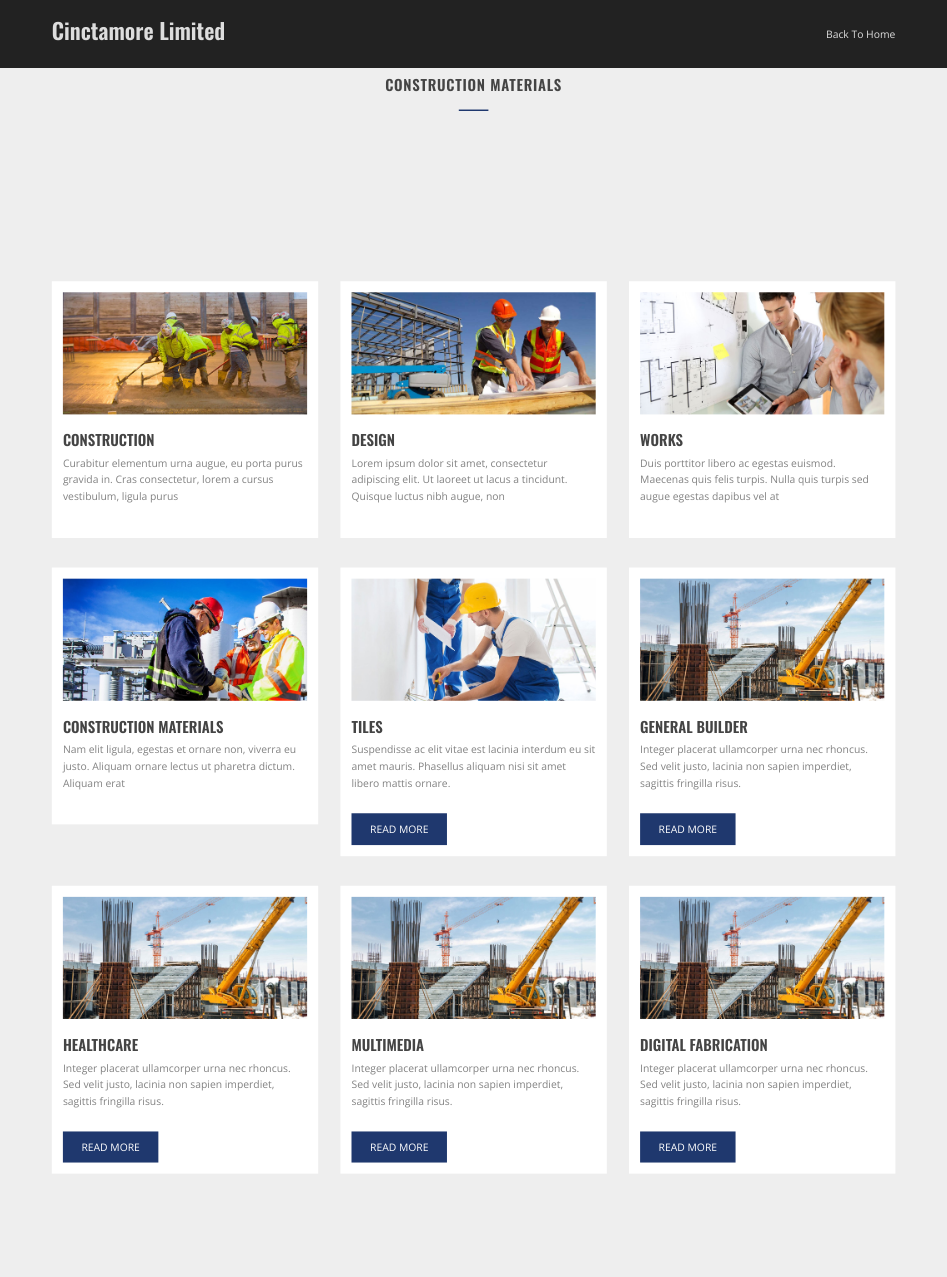
Repository: techieaccl/techieaccl.github.io
Page: construction-materials.html
An editor plug-in stored every save of this project. The page is shown before and after the next save, followed by the edit.
The browser window is 1280 px wide. The pictures show the whole page, at 74% of full size.
Some web fonts or font styles are not loaded; a fallback is used.

Above is the page before, as saved 2021-09-07 08:58:05.

### construction-materials.html
<!DOCTYPE html>
<html>
    <head>
		<title>Construction Materials</title>
		<meta charset="utf-8">
		<meta name="viewport" content="width=device-width, initial-scale=1.0, maximum-scale=1.0, user-scalable=no">
		<meta name="format-detection" content="telephone=no">
		<meta name="apple-mobile-web-app-capable" content="yes">
		<!-- Fonts-->
		<link rel="stylesheet" type="text/css" href="assets/fonts/fontawesome/font-awesome.min.css">
		<link rel="stylesheet" type="text/css" href="assets/fonts/pe-icon/pe-icon.css">
		<!-- Vendors-->
		<link rel="stylesheet" type="text/css" href="assets/vendors/bootstrap/grid.css">
		<link rel="stylesheet" type="text/css" href="assets/vendors/magnific-popup/magnific-popup.min.css">
		<link rel="stylesheet" type="text/css" href="assets/vendors/swiper/swiper.css">
		<!-- App & fonts-->
		<link rel="stylesheet" type="text/css" href="https://fonts.googleapis.com/css?family=Open+Sans:400,700|Oswald:400,600|Playfair+Display:400i">
		<link rel="stylesheet" type="text/css" href="assets/css/main.css"><!--[if lt IE 9]>
			<script src="https://oss.maxcdn.com/libs/html5shiv/3.7.0/html5shiv.js"></script>
		<![endif]-->
	</head>

    <body>
                <!-- preload -->
				<div class="preload" id="preload">
					<div class="cssload-spin-box"></div>
				</div><!-- End / preload -->


        <div class="page-wrap">
            <!-- header -->
			<header class="header header-fixheight header--fixed">
				<div class="container">
					<div class="header__inner">
						<div class="header-logo">
							<!-- <a href="home.html"><img src="assets/img/logo_white.png" alt=""/></a> -->
							<h1><strong>Cinctamore Limited</strong></h1>
						</div>
						<!-- raising-menu -->
                        <ul class="raising-menu-generic">
                            <li><a href="index.html">Back To Home</a>
                            </li>
                        </ul><!-- raising-menu -->

					</div>
				</div>
			</header><!-- End / header -->

            <!-- Content-->
			<div class="md-content">
                <!-- Section -->
				<section class="md-section">
					<div class="container">
						<div class="row">
							<div class="col-lg-8 col-xs-offset-0 col-sm-offset-0 col-md-offset-0 col-lg-offset-2 ">

								<!-- sec-title -->
								<div class="sec-title sec-title__lg-title md-text-center">
									<h2 class="sec-title__title">Construction Materials</h2><span class="sec-title__divider"></span>
								</div><!-- End / sec-title -->

							</div>
						</div>
					</div>
				</section>
				<!-- End / Section -->

				<!-- Section -->
				<section class="md-section" id="id3">
					<div class="container">
						<div class="row row-eq-height">
							<div class="col-sm-6 col-md-6 col-lg-4 ">

								<!-- services -->
								<div class="services">
									<div class="services__img"><img src="assets/img/service/1.jpg" alt=""/></div>
									<h2 class="services__title"><a href="construction.html">Construction</a></h2>
									<div class="services__desc">Curabitur elementum urna augue, eu porta purus gravida in. Cras consectetur, lorem a cursus vestibulum, ligula purus</div>


								</div><!-- End / services -->

							</div>
							<div class="col-sm-6 col-md-6 col-lg-4 ">

								<!-- services -->
								<div class="services">
									<div class="services__img"><img src="assets/img/service/2.jpg" alt=""/></div>
									<h2 class="services__title"><a href="design.html">Design</a></h2>
									<div class="services__desc">Lorem ipsum dolor sit amet, consectetur adipiscing elit. Ut laoreet ut lacus a tincidunt. Quisque luctus nibh augue, non</div>


								</div><!-- End / services -->

							</div>
							<div class="col-sm-6 col-md-6 col-lg-4 ">

								<!-- services -->
								<div class="services">
									<div class="services__img"><img src="assets/img/service/3.jpg" alt=""/></div>
									<h2 class="services__title"><a href="works.html">Works</a></h2>
									<div class="services__desc">Duis porttitor libero ac egestas euismod. Maecenas quis felis turpis. Nulla quis turpis sed augue egestas dapibus vel at</div>


								</div><!-- End / services -->

							</div>
							<div class="col-sm-6 col-md-6 col-lg-4 ">

								<!-- services -->
								<div class="services">
									<div class="services__img"><img src="assets/img/service/4.jpg" alt=""/></div>
									<h2 class="services__title"><a href="construction-materials.html">Construction Materials</a></h2>
									<div class="services__desc">Nam elit ligula, egestas et ornare non, viverra eu justo. Aliquam ornare lectus ut pharetra dictum. Aliquam erat</div>


								</div><!-- End / services -->

							</div>
							<div class="col-sm-6 col-md-6 col-lg-4 ">

								<!-- services -->
								<div class="services">
									<div class="services__img"><img src="assets/img/service/5.jpg" alt=""/></div>
									<h2 class="services__title"><a href="tiles.html">Tiles</a></h2>
									<div class="services__desc">Suspendisse ac elit vitae est lacinia interdum eu sit amet mauris. Phasellus aliquam nisi sit amet libero mattis ornare.</div>

									<!-- btn -->
									<a class="btn btn btn-primary btn-custom" href="tiles.html">read more
									</a><!-- End / btn -->

								</div><!-- End / services -->

							</div>
							<div class="col-sm-6 col-md-6 col-lg-4 ">

								<!-- services -->
								<div class="services">
									<div class="services__img"><img src="assets/img/service/6.jpg" alt=""/></div>
									<h2 class="services__title"><a href="general-builder.html">General Builder</a></h2>
									<div class="services__desc">Integer placerat ullamcorper urna nec rhoncus. Sed velit justo, lacinia non sapien imperdiet, sagittis fringilla risus.</div>

									<!-- btn -->
									<a class="btn btn btn-primary btn-custom" href="general-builder.html">read more
									</a><!-- End / btn -->

								</div><!-- End / services -->

							</div>
							<div class="col-sm-6 col-md-6 col-lg-4 ">

								<!-- services -->
								<div class="services">
									<div class="services__img"><img src="assets/img/service/6.jpg" alt=""/></div>
									<h2 class="services__title"><a href="healthcare.html">HealthCare</a></h2>
									<div class="services__desc">Integer placerat ullamcorper urna nec rhoncus. Sed velit justo, lacinia non sapien imperdiet, sagittis fringilla risus.</div>

									<!-- btn -->
									<a class="btn btn btn-primary btn-custom" href="healthcare.html">read more
									</a><!-- End / btn -->

								</div><!-- End / services -->

							</div>
							<div class="col-sm-6 col-md-6 col-lg-4 ">

								<!-- services -->
								<div class="services">
									<div class="services__img"><img src="assets/img/service/6.jpg" alt=""/></div>
									<h2 class="services__title"><a href="multimedia.html">MultiMedia</a></h2>
									<div class="services__desc">Integer placerat ullamcorper urna nec rhoncus. Sed velit justo, lacinia non sapien imperdiet, sagittis fringilla risus.</div>

									<!-- btn -->
									<a class="btn btn btn-primary btn-custom" href="multimedia.html">read more
									</a><!-- End / btn -->

								</div><!-- End / services -->

							</div>
							<div class="col-sm-6 col-md-6 col-lg-4 ">

								<!-- services -->
								<div class="services">
									<div class="services__img"><img src="assets/img/service/6.jpg" alt=""/></div>
									<h2 class="services__title"><a href="digital-fabrication.html">Digital Fabrication</a></h2>
									<div class="services__desc">Integer placerat ullamcorper urna nec rhoncus. Sed velit justo, lacinia non sapien imperdiet, sagittis fringilla risus.</div>

									<!-- btn -->
									<a class="btn btn btn-primary btn-custom" href="digital-fabrication.html">read more
									</a><!-- End / btn -->

								</div><!-- End / services -->

							</div>
						</div>
					</div>
				</section>
				<!-- End / Section -->
            </div>
			<!-- End / Content-->
        </div>
    </body>
</html>

Loaded but not shown: assets/fonts/fontawesome/font-awesome.min.css (library); assets/fonts/pe-icon/pe-icon.css (common file); assets/vendors/bootstrap/grid.css (library); assets/vendors/magnific-popup/magnific-popup.min.css (library); assets/vendors/swiper/swiper.css (library); assets/css/main.css (4043 lines, source omitted)

After the next save:
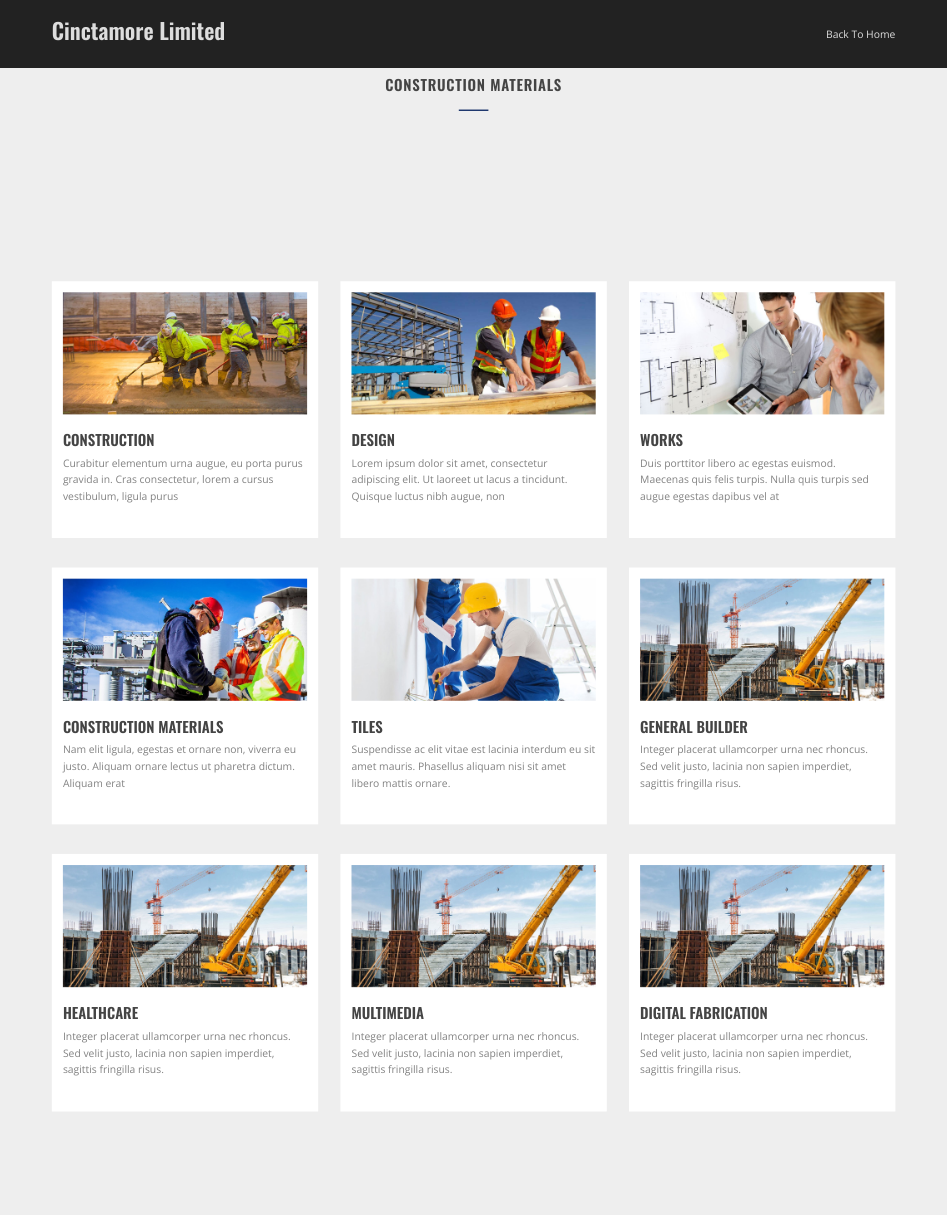
Saved 36 s later.
--- a/construction-materials.html
+++ b/construction-materials.html
@@ -125,9 +125,6 @@
 									<h2 class="services__title"><a href="tiles.html">Tiles</a></h2>
 									<div class="services__desc">Suspendisse ac elit vitae est lacinia interdum eu sit amet mauris. Phasellus aliquam nisi sit amet libero mattis ornare.</div>
 
-									<!-- btn -->
-									<a class="btn btn btn-primary btn-custom" href="tiles.html">read more
-									</a><!-- End / btn -->
 
 								</div><!-- End / services -->
 
@@ -140,9 +137,6 @@
 									<h2 class="services__title"><a href="general-builder.html">General Builder</a></h2>
 									<div class="services__desc">Integer placerat ullamcorper urna nec rhoncus. Sed velit justo, lacinia non sapien imperdiet, sagittis fringilla risus.</div>
 
-									<!-- btn -->
-									<a class="btn btn btn-primary btn-custom" href="general-builder.html">read more
-									</a><!-- End / btn -->
 
 								</div><!-- End / services -->
 
@@ -155,9 +149,6 @@
 									<h2 class="services__title"><a href="healthcare.html">HealthCare</a></h2>
 									<div class="services__desc">Integer placerat ullamcorper urna nec rhoncus. Sed velit justo, lacinia non sapien imperdiet, sagittis fringilla risus.</div>
 
-									<!-- btn -->
-									<a class="btn btn btn-primary btn-custom" href="healthcare.html">read more
-									</a><!-- End / btn -->
 
 								</div><!-- End / services -->
 
@@ -170,9 +161,6 @@
 									<h2 class="services__title"><a href="multimedia.html">MultiMedia</a></h2>
 									<div class="services__desc">Integer placerat ullamcorper urna nec rhoncus. Sed velit justo, lacinia non sapien imperdiet, sagittis fringilla risus.</div>
 
-									<!-- btn -->
-									<a class="btn btn btn-primary btn-custom" href="multimedia.html">read more
-									</a><!-- End / btn -->
 
 								</div><!-- End / services -->
 
@@ -185,9 +173,6 @@
 									<h2 class="services__title"><a href="digital-fabrication.html">Digital Fabrication</a></h2>
 									<div class="services__desc">Integer placerat ullamcorper urna nec rhoncus. Sed velit justo, lacinia non sapien imperdiet, sagittis fringilla risus.</div>
 
-									<!-- btn -->
-									<a class="btn btn btn-primary btn-custom" href="digital-fabrication.html">read more
-									</a><!-- End / btn -->
 
 								</div><!-- End / services -->
 
